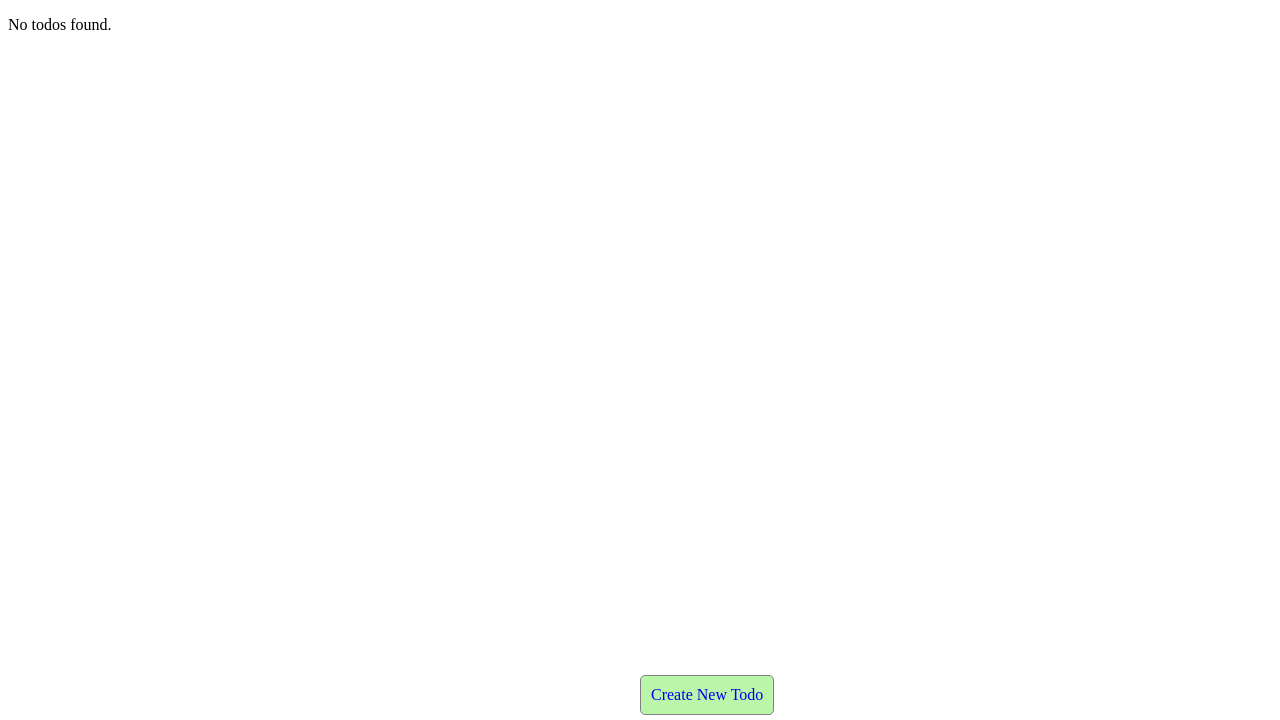
Repository: JasonMorta/Django-todo-crud-app
Page: http://localhost/
The author's editor kept a copy of each file at every save. The page is drawn from the files as they stood at one save, then again after the next save.
The browser window is 1280 px wide. The pictures show the whole page.
The page is served by the project's application, run on Django 4.2 (manage.py). Other server files are loaded and not shown. Queries for data that is not in the repository find no rows.

Above is the page before, as saved 2023-06-20 21:19:20.

### todo_list/todo_app/templates/todo_app/todo_list.html
<!DOCTYPE html>
<html lang="en">

<head>
  <meta charset="UTF-8">
  <meta http-equiv="X-UA-Compatible" content="IE=edge">
  <meta name="viewport" content="width=device-width, initial-scale=1.0">
  <title>Document</title>
</head>
<style>
  .add-btn {
    position: fixed;
    bottom: 5px;
    left: 50%;
    background-color: rgb(187, 245, 170);
    padding: 10px;
    border: 1px solid gray;
    border-radius: 5px;
    text-decoration: none;
  }

  .todo-content {
    border: 1px solid gray;
    border-radius: 5px;
    padding: 10px;
    margin-bottom: 10px;
  }
</style>

<body>
 <div class="todo-container">
    {% for todo in todos %}
    <div class="todo-content">

      <h2>{{ todo.title }}</h2>
      <div><pre style="white-space: break-spaces; width: 30%;">{{ todo.description }}</pre></div>
      <p>{{ todo.created_at }}</p>

      <a href="{% url 'todo_update' todo.pk %}">
        <button>Update</button>
      </a>

      <form action="{% url 'todo_delete' todo.pk %}" method="post">
        {% csrf_token %}
        <button type="submit">Delete</button>
      </form>
    </div>

    <hr>
    {% empty %}
    <p>No todos found.</p>
    {% endfor %}
 </div>

  <!-- add new item button -->
  <a href="{% url 'todo_create' %}" class="add-btn">Create New Todo</a>
</body>

</html>

### todo_list/todo_app/views.py
from django.shortcuts import render, redirect
from .models import Todo
from .forms import TodoForm

# Get the todo list from the database and render it to todo_list.html
# This function is called when the user navigates to the home page
def todo_list(request):
    # the request parameter contains the type of request (GET, POST, etc.) '/'

    todos = Todo.objects.all() # get all the todos from the database

    #The third argument is a dictionary that contains the data that will be rendered to the template.
    return render(request, 'todo_app/todo_list.html', {'todos': todos})


def todo_create(request):
    print(request)
    # if the request method is POST, then the form is being submitted and save to the database
    if request.method == 'POST':

        # create a form instance and populate it with data from the request.
        form = TodoForm(request.POST)

        # The form would then look like this: <TodoForm bound=True, valid=False, fields=(title;description)>
        if form.is_valid(): # check if the form is valid (correct data types, etc.)
            form.save() # save the form to the database

            return redirect('todo_list') #redirect to todo_list.html / the home page

    # else, redirect to todo_create.html to render the form
    else:
        form = TodoForm()
        print('render(request,"todo_app/todo_create.html"')
    return render(request, 'todo_app/todo_create.html', {'form': form}) # navigate to todo_create.html


def todo_update(request, pk):
    print('todo_update')
    todo = Todo.objects.get(pk=pk)
    if request.method == 'POST':
        form = TodoForm(request.POST, instance=todo)
        if form.is_valid():
            form.save()
            return redirect('todo_list')
    else:
        form = TodoForm(instance=todo)
    return render(request, 'todo_app/todo_update.html', {'form': form})


def todo_delete(request, pk):
    todo = Todo.objects.get(pk=pk)
    if request.method == 'POST':
        todo.delete()
        return redirect('todo_list')
    return render(request, 'todo_app/todo_delete.html', {'todo': todo})

### todo_list/todo_list/urls.py
"""
URL configuration for todo_list project.

The `urlpatterns` list routes URLs to views. For more information please see:
    https://docs.djangoproject.com/en/4.2/topics/http/urls/
Examples:
Function views
    1. Add an import:  from my_app import views
    2. Add a URL to urlpatterns:  path('', views.home, name='home')
Class-based views
    1. Add an import:  from other_app.views import Home
    2. Add a URL to urlpatterns:  path('', Home.as_view(), name='home')
Including another URLconf
    1. Import the include() function: from django.urls import include, path
    2. Add a URL to urlpatterns:  path('blog/', include('blog.urls'))
"""
from django.urls import path
from todo_app.views import todo_list, todo_create, todo_update, todo_delete

urlpatterns = [
    path('', todo_list, name='todo_list'),
    path('create/', todo_create, name='todo_create'),
    path('update/<int:pk>/', todo_update, name='todo_update'),
    path('delete/<int:pk>/', todo_delete, name='todo_delete'),
]

After the next save:
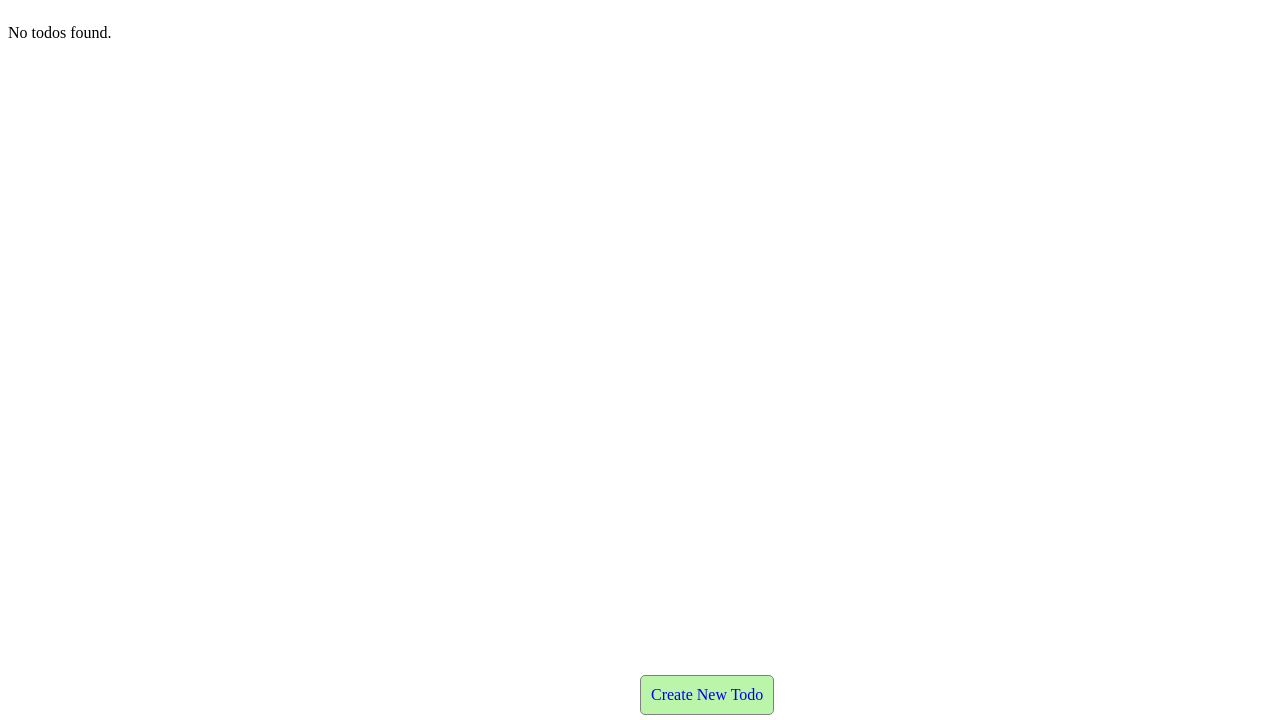
Saved 76 s later.
--- a/todo_list/todo_app/templates/todo_app/todo_list.html
+++ b/todo_list/todo_app/templates/todo_app/todo_list.html
@@ -8,6 +8,11 @@
   <title>Document</title>
 </head>
 <style>
+  .todo-container {
+    display: flex;
+    flex-direction: row;
+    flex-wrap: wrap;
+  }
   .add-btn {
     position: fixed;
     bottom: 5px;
